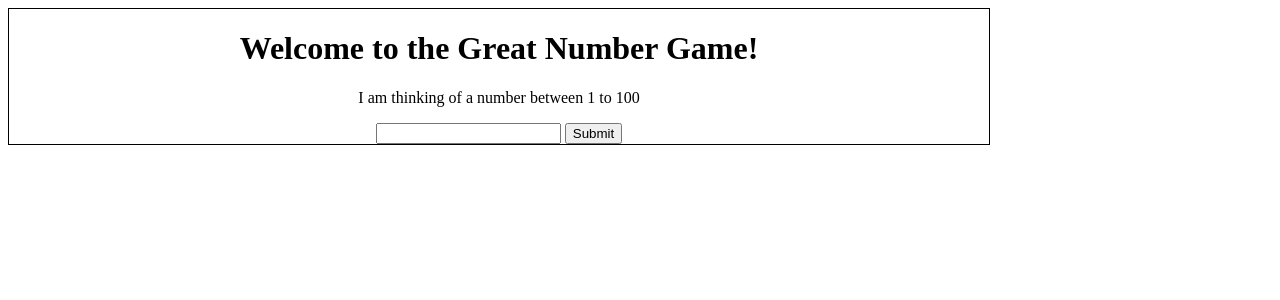
Repository: harshithamagani/Java-Basics
Page: http://localhost/number-game/
The author's editor kept a copy of each file at every save. The page is drawn from the files as they stood at one save, then again after the next save.
The browser window is 1280 px wide. The pictures show the whole page.
The page is served by Tomcat 9. Other server files are loaded and not shown.

Above is the page before, as saved 2019-11-05 19:38:50.

### number-game/WebContent/WEB-INF/index.jsp
<%@ taglib prefix="c" uri="http://java.sun.com/jsp/jstl/core" %>
<%@ page language="java" contentType="text/html; charset=UTF-8"
    pageEncoding="UTF-8"%>
<!DOCTYPE html>
<html>
<head>
	<meta charset="UTF-8">
	<title>Number Game</title>
	<style type="text/css">
        #wrapper{
        	width:980px;
        	matgin: 0 auto;
        	border : solid black 1px;
        	text-align: center;
        }
        h1{
			text-align: center;
		}
		.highlow {
            width: 100px;
            height: 100px;
            border : solid black 1px;
            text-align: center;
        }

	</style>
</head>
<body>
	<div id="wrapper">
	<h1>Welcome to the Great Number Game!</h1>
	<p>I am thinking of a number between 1 to 100</p>
			<form action="/number-game/" method="POST">
				<input name="number" id="number" type="text">
				<input name="submit" name="submit" type="submit" value="Submit">
			</form>
			<c:if test="${guessResult == 'tooHight'}">
				 <div class="highlow">
				 	<h2>Too High!!</h2>
				 </div>
			 </c:if>
			<c:if test="${guessResult == 'tooLow'}">
				 <div class="highlow">
				 	<h2>Too Low!!</h2>
				 </div>
			 </c:if>
			 <c:if test="${guessResult == 'correct'}">
			 <div class="highlow">
		        <h2>Correct</h2>
		    </div>
		    </c:if>
	    </div>
</body>
</html>

### number-game/src/com/codingdojo/Index.java
package com.codingdojo;

import java.io.IOException;
import java.util.Random;

import javax.servlet.RequestDispatcher;
import javax.servlet.ServletException;
import javax.servlet.annotation.WebServlet;
import javax.servlet.http.HttpServlet;
import javax.servlet.http.HttpServletRequest;
import javax.servlet.http.HttpServletResponse;
import javax.servlet.http.HttpSession;

/**
 * Servlet implementation class Index
 */
@WebServlet("/")
public class Index extends HttpServlet {
	private static final long serialVersionUID = 1L;

    /**
     * @see HttpServlet#HttpServlet()
     */
    public Index() {
        super();
        // TODO Auto-generated constructor stub
    }

	/**
	 * @see HttpServlet#doGet(HttpServletRequest request, HttpServletResponse response)
	 */
	protected void doGet(HttpServletRequest request, HttpServletResponse response) throws ServletException, IOException {
		HttpSession session = request.getSession();
		if(session.getAttribute("guessNum") == null) {
			int random = generateRandomNum();
			session.setAttribute("guessNum", random);
			request.setAttribute("guessNum", random);
			System.out.println(random);
		}
		RequestDispatcher req = request.getRequestDispatcher("/WEB-INF/index.jsp");
		req.forward(request, response);
	}

	/**
	 * @see HttpServlet#doPost(HttpServletRequest request, HttpServletResponse response)
	 */
	protected void doPost(HttpServletRequest request, HttpServletResponse response) throws ServletException, IOException {
		String userNumber = request.getParameter("number");
		HttpSession session = request.getSession();
		session.getAttribute("guessNum");
		if(session.getAttribute("guessNum") != null) {
		if(session.getAttribute("guessNum").equals(Integer.parseInt(userNumber))) {
			System.out.println("correct");
			request.setAttribute("guessResult", "Correct");
		}
		else if((Integer)session.getAttribute("guessNum") > (Integer.parseInt(userNumber))) {
			System.out.println("tooLow");
			request.setAttribute("guessResult", "tooLow");
		}
		else if((Integer)session.getAttribute("guessNum") < (Integer.parseInt(userNumber))) {
			System.out.println("tooHight");
			request.setAttribute("guessResult", "tooHight");
		}
		}
		else {
			RequestDispatcher req = request.getRequestDispatcher("/WEB-INF/index.jsp");
			req.forward(request, response);
		}
		RequestDispatcher req = request.getRequestDispatcher("/WEB-INF/index.jsp");
		req.forward(request, response);
	}

    int generateRandomNum(){
        Random r = new Random();
        int num = r.nextInt(99) + 1; // with bounds 1 to 100
        return num;
    }

}

After the next save:
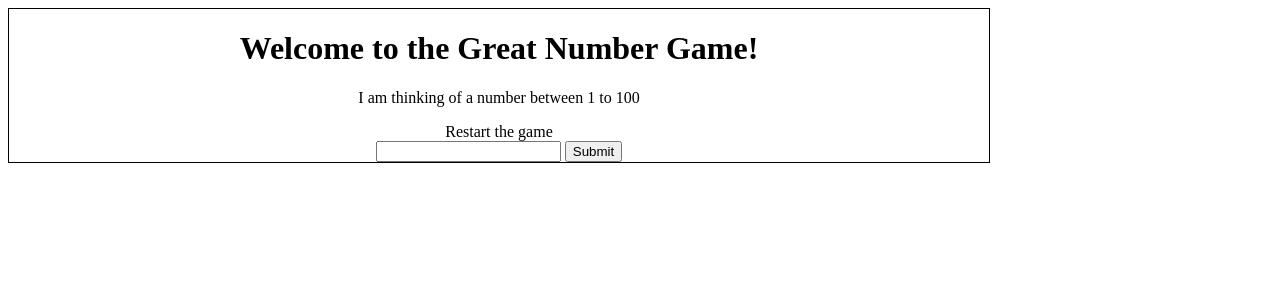
Saved 65 s later.
--- a/number-game/WebContent/WEB-INF/index.jsp
+++ b/number-game/WebContent/WEB-INF/index.jsp
@@ -29,6 +29,7 @@
 	<div id="wrapper">
 	<h1>Welcome to the Great Number Game!</h1>
 	<p>I am thinking of a number between 1 to 100</p>
+	<a>Restart the game</a>
 			<form action="/number-game/" method="POST">
 				<input name="number" id="number" type="text">
 				<input name="submit" name="submit" type="submit" value="Submit">
